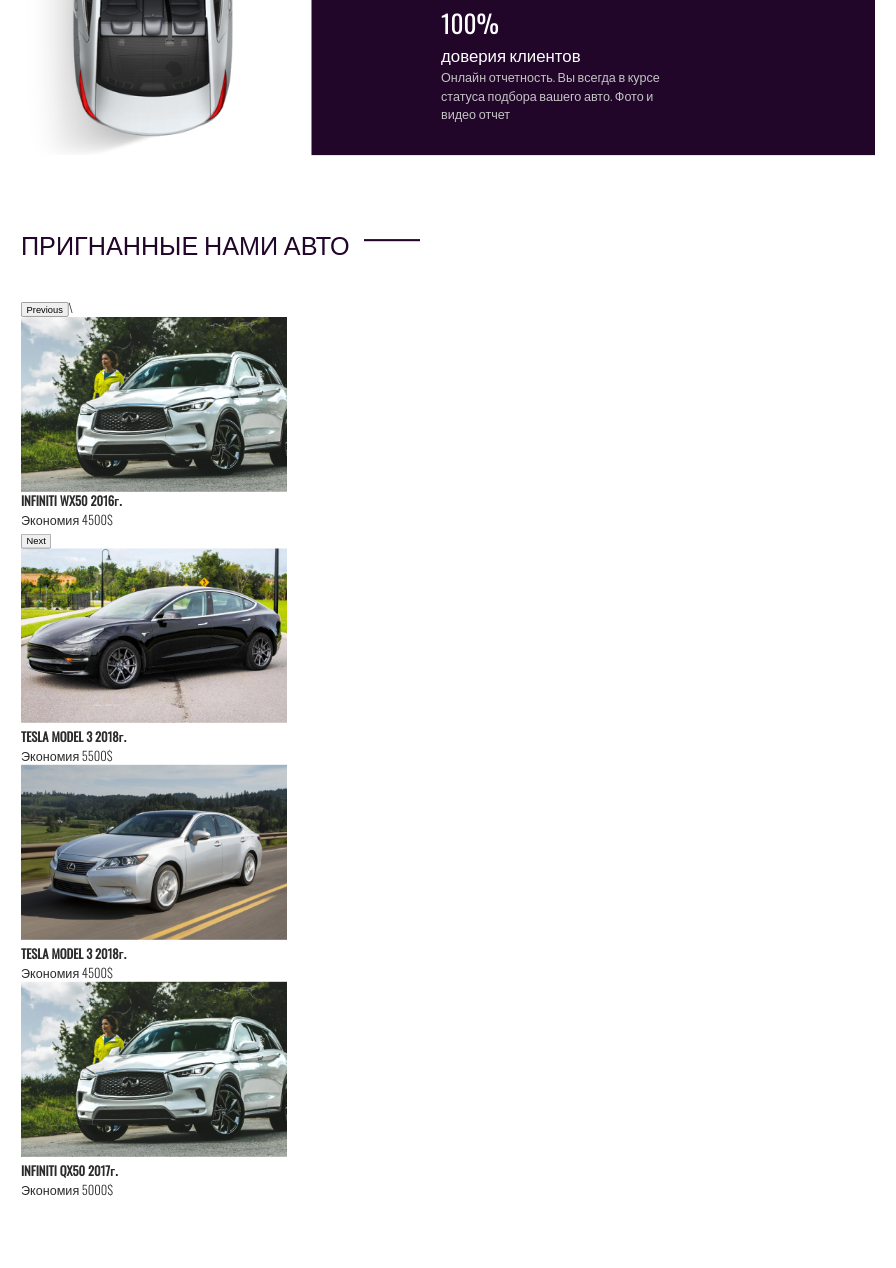
Repository: AlexandrLewandowski/site-1
Page: index.html
The author's editor kept a copy of each file at every save. The page is drawn from the files as they stood at one save, then again after the next save.
The browser window is 1280 px wide. The pictures show the part of the page from y = 2472 to 4392 px (the page is 4284 px tall before and 4392 px after), at 70% of full size.

Above is the page before, as saved 2024-05-06 18:03:19.

After the next save:
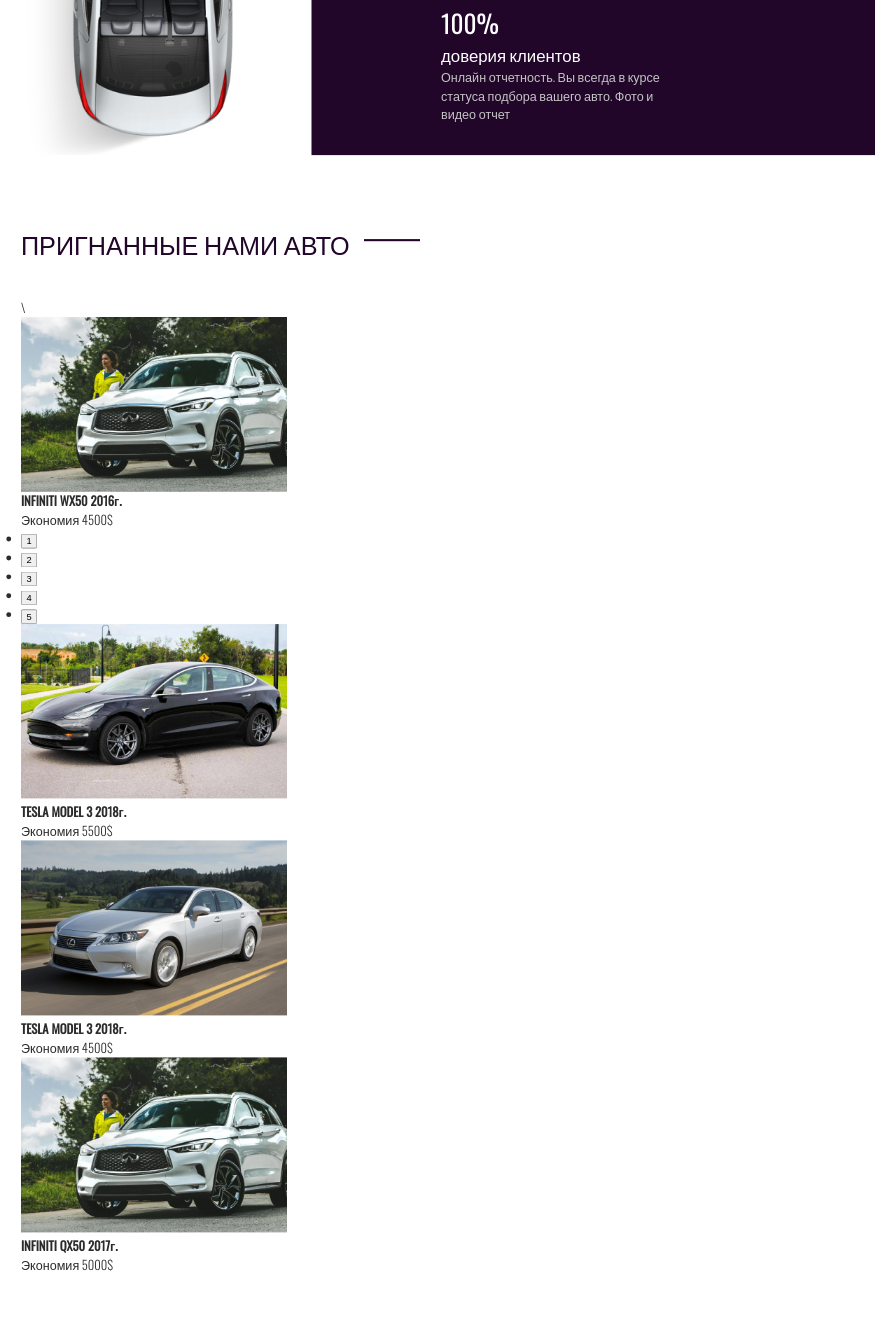
Saved 76 s later.
--- a/js/main.js
+++ b/js/main.js
@@ -1,6 +1,9 @@
 $(function () {
 
-    $('.carousel__inner').slick();
+    $('.carousel__inner').slick({
+        arrows: false,
+        dots: true,
+    });
 
 
 });
